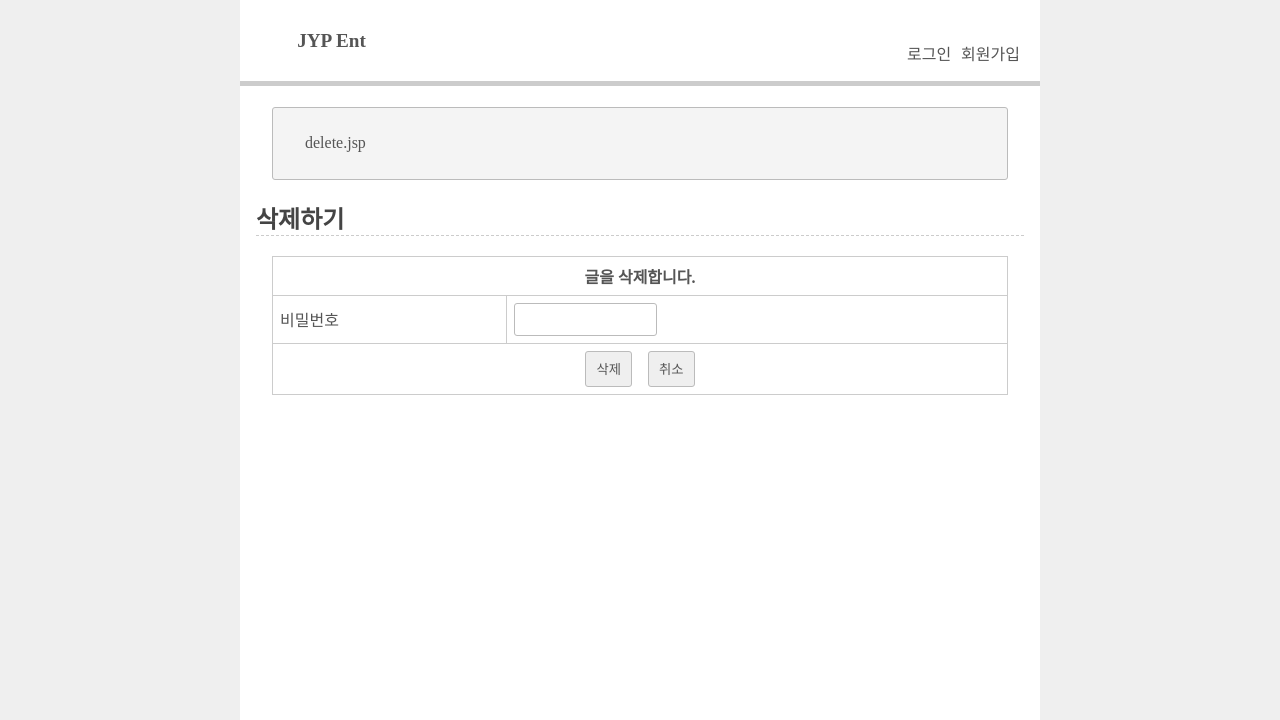
Repository: junyong231/JSP-SSIT
Page: http://localhost/jspPro/days04/board/delete.jsp
These files come from the project's save history. The page is drawn as it stood at one moment and after the next save; the edit follows.
The browser window is 1280 px wide. The pictures show the whole page.
Some web fonts or font styles are not loaded; a fallback is used. The page is served by Tomcat 9. Other server files are loaded and not shown.

Above is the page before, as saved 2024-10-21 04:58:16.

### jspPro/src/main/webapp/days04/board/delete.jsp
<%@ page contentType="text/html; charset=UTF-8" pageEncoding="UTF-8"%>
<%@ taglib prefix="c" uri="http://java.sun.com/jsp/jstl/core" %>
<%
   String contextPath = request.getContextPath();
%>
<!DOCTYPE html>
<html>
<head>
<meta charset="UTF-8">
<title>Insert title here</title>
<link rel="shortcut icon" type="image/x-icon" href="http://localhost/jspPro/images/SiSt.ico">
<script src="https://ajax.googleapis.com/ajax/libs/jquery/3.7.1/jquery.min.js"></script>
<meta name="viewport" content="width=device-width, initial-scale=1.0">
<meta name="google" content="notranslate">
<link rel="stylesheet" href="http://localhost/jspPro/resources/cdn-main/example.css">
<script src="http://localhost/jspPro/resources/cdn-main/example.js"></script>
<style>
 span.material-symbols-outlined{
    vertical-align: text-bottom;
 }
</style>
</head>
<body>
<header>
  <h1 class="main"><a href="#" style="position: absolute;top:30px;">JYP Ent</a></h1>
  <ul>
    <li><a href="#">로그인</a></li>
    <li><a href="#">회원가입</a></li>
  </ul>
</header>
<div>
  <xmp class="code">
    delete.jsp
  </xmp>

  <h2>삭제하기</h2>
  <form method="post">
    <table>
      <tr>
        <td colspan="2" align="center">
          <b>글을 삭제합니다.</b>
        </td>
      </tr>
      <tr>
        <td>비밀번호</td>
        <td>
         <input type="password" name="pwd" size="15" autofocus="autofocus">
        </td>
      </tr>
      <tr>
        <td colspan="2" align="center">
          <input type="submit" value="삭제">
          &nbsp;&nbsp;
          <input type="button" value="취소" id="cancel" onclick="location.href='<%=contextPath %>/cstvsboard/list.htm'">
        </td>
      </tr>
    </table>

    <!-- delete.htm?seq=4&delete=fail -->
  </form>

</div>
</body>
</html>

### jspPro/src/main/webapp/resources/cdn-main/example.css
@charset "UTF-8";

@import url('https://fonts.googleapis.com/css2?family=Material+Symbols+Outlined:opsz,wght,FILL,GRAD@20..48,100..700,0..1,-50..200');

@font-face {
    font-family: 'GmarketSansMedium';
    src: url('https://cdn.jsdelivr.net/gh/projectnoonnu/noonfonts_2001@1.1/GmarketSansMedium.woff') format('woff');
    font-weight: normal;
    font-style: normal;
}

:root {
	--text-color: #555;
	--sub-text-color: #777;
	--back-color: #EFEFEF;
	--header-color: #444;
	--primary-color: #DEDEDE;
	--secondary-color: #EFEFEF;
	--default-width: 800px;
	--narrow-width: 500px;
	--wide-width: 1200px;
	--text-font: 'GmarketSansMedium';
	--icon-font: 'Material Symbols Outlined';
	--border-color: #CCC;
}

html, body {
	margin: 0;
	padding: 0;
}

html {
	background-color: var(--back-color);
	display: flex;
	justify-content: center;
	min-height: 100vh;
}

body, body.default {
	width: var(--default-width);
	background-color: white;
	padding-bottom: 120px;
}

body.wide {
	width: var(--wide-width);
}

body.narrow {
	width: var(--narrow-width);
}



body, p, div, span, a, input, select, option, textarea, button, table, th, td, label, fieldset, legend {
	font-family: var(--text-font);
	color: var(--text-color);
}

h1, h2, h3 {
	font-family: var(--text-font);
	color: var(--header-color);
	padding: 0 1rem;
	padding-top: .5rem;
}

div > h1, div > h2, div > h3 {
	padding: 0;
}

body > div, body > main > div {
	padding: 0.3rem 1rem;
}


h1 { font-size: 2rem; border-bottom: 1px solid var(--border-color); }
h1 small { font-size: 1.2rem; color: var(--sub-text-color); }
h2 { font-size: 1.5rem; border-bottom: 1px dashed var(--border-color); }
h2 small { font-size: 1.1rem; color: --sub-text-color; }
h3 { font-size: 1.2rem; }
h3 small { font-size: 1rem; color: --sub-text-color; }



h1.main::before {
	font-family: var(--icon-font);
  	content: '\e666';
  	margin-right: 10px;
  	float: left;
	font-size: 2.5rem;
}

h1.sub::before {
	font-family: var(--icon-font);
  	content: '\ea19';
  	margin-right: 10px;
  	float: left;
	font-size: 2.5rem;
}


h1.page::before {
	font-family: var(--icon-font);
  	content: '\e0e0';
  	margin-right: 10px;
  	float: left;
	font-size: 2.5rem;
}

body > header > ul > li > .active{
	background-color: #FFF;
	color:#F00;
}

body > header {
	display: flex;
	justify-content: space-between;
	border-bottom: 5px solid var(--border-color);
	min-height: 74px;
	background-color: #FFF;
}

body > header.sticky {
	position: sticky;
	top: 0;
	z-index: 98;
}

body > header > h1 {
	font-size: 1.2rem;
	border: 0;
}

body > header.in > h1::before {
	font-family: var(--icon-font);
  	content: '\e332‥';
  	margin-right: 3px;
  	float: left;
	font-size: 2rem;
}


body > header > ul {
	list-style-type: none;
	display: flex;
	align-items: flex-end;
	margin-right: 10px;
}

body > header > ul > li {
	margin-right: 10px;
	cursor: pointer;
}

body > header > ul > li > a {
	cursor: pointer;
}


form {
	display: block;
}

form > div {
	padding: 0.3rem 1rem;
}

div > form > div {
	padding: 0.3rem 0;
}

input, textarea, button, select {
	border: 1px solid #BBB;
	border-radius: 3px;
	outline: none;
	resize: none;
	padding: 7px;
	margin: 0;
}

input[type=text]:read-only, textarea:read-only {
	cursor: not-allowed;
	background-color: #FFF;
}

input[type=text]:disabled, textarea:disabled {
	cursor: not-allowed;
	background-color: #EEE;
}

input[type=text], input[type=password], textarea, button, select {
	/* width: 300px; */
}

textarea {
	display: block;
	height: 100px;
}

input[type=button], input[type=submit], button {
	/* width: inherit; */
}

input.short, textarea.short, button.short, select.short {
	width: 100px;
}

input.long, textarea.long, button.long, select.long {
	width: 350px;
}

.narrow input.long, .narrow textarea.long, .narrow button.long, .narrow select.long {
	width: calc(100% - 20px);
}

input.full, textarea.full, button.full, select.full {
	width: calc(100% - 20px);
}

textarea.short {
	height: 50px;
}

textarea.long {
	height: 100px;
}

textarea.full {
	height: 200px;
}

input, textarea {
	padding-top: 8px;
}

input[type=button], input[type=submit], button {
	padding: 5px 10px;
	background-color: var(--secondary-color);
	cursor: pointer;
	min-height: 36px;
}

input[type=button].primary, input[type=submit].primary, button.primary {
	/* background-color: rgba(100, 149, 237, .2); */
	background-color: var(--primary-color);
}

input[type=button].primary:hover, input[type=submit].primary:hover, button.primary:hover {
	/* background-color: rgba(100, 149, 237, .3); */
	background-color: var(--secondary-color);
}

input[type=button]:hover, input[type=submit]:hover, button:hover {
	background-color: var(--primary-color);
}

button {
	position: relative;
	left: 0;
	top: 0;
	padding-left: 35px;
}

button .material-symbols-outlined {
	position: absolute;
	left: 10px;
	top: 4px;
}

/* k2nik add */
button.login::before {
	font-family: var(--icon-font);
  	content: '\ea77';
	position: absolute;
	left: 11px;
	top: 4px;
	font-size: 1.25rem;
}

/* k2nik logout */
button.logout::before {
	font-family: var(--icon-font);
  	content: '\e9ba';
	position: absolute;
	left: 11px;
	top: 4px;
	font-size: 1.25rem;
}

/* k2nik help */
button.help::before {
	font-family: var(--icon-font);
  	content: '\f1c0';
	position: absolute;
	left: 11px;
	top: 4px;
	font-size: 1.25rem;
}

button.add::before{
	font-family: var(--icon-font);
  	content: '\e746';
	position: absolute;
	left: 11px;
	top: 4px;
	font-size: 1.25rem;
}

button.back::before {
	font-family: var(--icon-font);
  	content: '\e166';
	position: absolute;
	left: 11px;
	top: 4px;
	font-size: 1.25rem;
}

button.list::before {
	font-family: var(--icon-font);
  	content: '\e0ee';
	position: absolute;
	left: 11px;
	top: 4px;
	font-size: 1.25rem;
}


button.del::before {
	font-family: var(--icon-font);
  	content: '\e872';
	position: absolute;
	left: 11px;
	top: 4px;
	font-size: 1.25rem;
}


button.edit::before {
	font-family: var(--icon-font);
  	content: '\e745';
	position: absolute;
	left: 11px;
	top: 4px;
	font-size: 1.25rem;
}


button.login::before {
	font-family: var(--icon-font);
  	content: '\ea77';
	position: absolute;
	left: 11px;
	top: 4px;
	font-size: 1.25rem;
}


button.logout::before {
	font-family: var(--icon-font);
  	content: '\e9ba';
	position: absolute;
	left: 11px;
	top: 4px;
	font-size: 1.25rem;
}


button.in::before {
	font-family: var(--icon-font);
  	content: '\f71a';
	position: absolute;
	left: 11px;
	top: 4px;
	font-size: 1.25rem;
}


button.out::before {
	font-family: var(--icon-font);
  	content: '\f70e';
	position: absolute;
	left: 11px;
	top: 4px;
	font-size: 1.25rem;
}


button.reply::before {
	font-family: var(--icon-font);
  	content: '\e15e';
	position: absolute;
	left: 11px;
	top: 4px;
	font-size: 1.25rem;
}


button.comment::before {
	font-family: var(--icon-font);
  	content: '\e0b9';
	position: absolute;
	left: 11px;
	top: 4px;
	font-size: 1.25rem;
}


button.modal::before {
	font-family: var(--icon-font);
  	content: '\e89e';
	position: absolute;
	left: 11px;
	top: 4px;
	font-size: 1.25rem;
}


button.ok::before {
	font-family: var(--icon-font);
  	content: '\e86c';
	position: absolute;
	left: 11px;
	top: 4px;
	font-size: 1.25rem;
}


button.cancel::before {
	font-family: var(--icon-font);
  	content: '\e5c9';
	position: absolute;
	left: 11px;
	top: 4px;
	font-size: 1.25rem;
}

button.search::before {
	font-family: var(--icon-font);
  	content: '\e8b6';
	position: absolute;
	left: 11px;
	top: 4px;
	font-size: 1.25rem;
}

button.home::before {
	font-family: var(--icon-font);
  	content: '\e88a';
	position: absolute;
	left: 11px;
	top: 4px;
	font-size: 1.25rem;
}


button.sidebar::before {
	font-family: var(--icon-font);
  	content: '\f7e4';
	position: absolute;
	left: 11px;
	top: 4px;
	font-size: 1.25rem;
}


button.sidebar-right::before {
	font-family: var(--icon-font);
  	content: '\f7e5';
	position: absolute;
	left: 11px;
	top: 4px;
	font-size: 1.25rem;
}




button::before {
	font-family: var(--icon-font);
  	content: '\e323';
	position: absolute;
	left: 11px;
	top: 4px;
	font-size: 1.25rem;
}


table {
	border-collapse: collapse;
	margin: 1rem;
	box-sizing: border-box;
	width: calc(100% - 32px);
}

table.content {
	width: auto;
}

div > table {
	margin: 0;
}

table th, table td {
	border: 1px solid var(--border-color);
	padding: 7px;
	font-weight: normal;
}

table th {
	background-color: var(--back-color);
}

table.vertical th {
	width: 150px;
}

table.vertical td {
	width: calc(100% - 182px);
	padding-left: 10px;
}

table.content td, table.content th {
	width: auto;
}

body.narrow table.vertical th {
	width: 100px;
}

body.narrow table.vertical td {
	width: calc(100% - 182px);
}


table + table {
	margin-top: 30px;
}


p {
	padding: 0 1rem;
}

a {
	text-decoration: none;
}

a:hover {
	color: rgba(255, 99, 71, .7);
}

hr {
	border: 0;
	border-top: 1px solid var(--border-color);
	margin: 2rem 0;
}

.message {
	border: 1px solid var(--border-color);
	background-color: #EFEFEF;
	margin: 1rem;
	width: auto;
	padding-top: 10px;
	padding-bottom: 10px;
	font-size: 14px;
}

.message[title]::before {
	content: attr(title);
	display: block;
	border-bottom: 1px solid var(--border-color);
	padding-bottom: 5px;
	margin-bottom: 10px;
	margin-top: 7px;
}

.message.short {
	max-width: 250px;
}

.message.long {
	max-width: 500px;
}

.badge {
	float: right;
	font-size: .8rem;
	margin-top: 2px;
	margin-right: 2px;
	text-shadow: 0 0 7px gray;
}

.badge.left {
	float: none;
	margin-left: 2px;
}

.badge.right {
	float: right;
}

.badge.red {
	border-radius: 50%;
	padding: 2px 5px;
	background-color: rgb(255, 99, 71, .3);
}

.badge.yellow {

	border-radius: 50%;
	padding: 2px 5px;
	background-color: rgb(255, 215, 0, .5);
}

.badge.blue {
	border-radius: 50%;
	padding: 2px 5px;
	background-color: rgb(100, 149, 237, .3);
}

label + label {
	margin-left: 7px;
}

label input[type=checkbox], label input[type=radio] {
	transform: translate(0, 1px);
}

.group {
	display: flex;
}

.modal-content .group {
	margin-bottom: .5rem;
}

.group label {
	border: 1px solid #BBB;
	border-radius: 3px;
	outline: none;
	resize: none;
	padding: 7px 14px;
	margin: 0;
	border-top-right-radius: 0;
	border-bottom-right-radius: 0;
	background-color: #EFEFEF;
	white-space: nowrap;
	font-size: 14px;
}

.group input[type=text] {
	margin-left: -1px;
	border-top-left-radius: 0;
	border-bottom-left-radius: 0;
}

.group select {
	margin-left: -1px;
	border-top-left-radius: 0;
	border-bottom-left-radius: 0;
}

.group input.full[type=text] {
	margin-left: -1px;
	border-top-left-radius: 0;
	border-bottom-left-radius: 0;
	width: 100%;
}

.group input[type=button]:first-child, .group button:first-child {
	border-top-left-radius: 3px;
	border-bottom-left-radius: 3px;
	margin-left: 0px;
}

.group input[type=button], .group button {
	border-radius: 0;
	margin-left: -1px;
}

.group input[type=button]:last-child, .group button:last-child {
	margin-left: -1px;
	border-top-right-radius: 3px;
	border-bottom-right-radius: 3px;
}

.seperate {
	display: flex;
	justify-content: space-between;
}

div.list {
	width: max-content;
	margin: 1rem;
	border: 1px solid #BBB;
	border-radius: 3px;
	padding: 0;
}

div.list.full {
	width: auto;
	display: block;
	margin: 1rem;
	border: 1px solid #BBB;
	border-radius: 3px;
	padding: 0;
}

div.list > div {
	padding: .5rem 1rem;
	margin: 0;
	border-bottom: 1px solid #BBB;
}

div.list > div:last-child {
	border-bottom: 0;
}

pre.code , xmp.code{
	font-family: consols;
	background-color: rgba(150, 150, 150, .1);
	border: 1px solid #BBB;
	border-radius: 3px;
	padding: .5rem 1rem;
	padding-bottom: .6rem;
	margin: 1rem;
}




*[data-modal-window] {
	position: fixed;
	background-color: rgba(0, 0, 0, .3);
	left: 0;
	top: 0;
	display: none;
	justify-content: center;
	align-items: flex-start;
	width: 100%;
	min-height: 100vh;
	z-index: 100;
	opacity: 0;
	transition: 500ms all;
}

*[data-modal-window] .modal-container {
	border-radius: 5px;
	padding: 1rem;
	padding-bottom: .5rem;
	margin-top: -500px;
	opacity: 0;
	width: 500px;
	background-color: #FFF;
	margin-right: 2rem;
	transition: 500ms all;
}

*[data-modal-size=content] .modal-container {
	width: auto;
}

*[data-modal-size=narrow] .modal-container {
	width: 300px;
}

*[data-modal-size=wide] .modal-container {
	width: 760px;
}


*[data-modal-window] .modal-header {
	border-bottom: 1px solid var(--border-color);
	padding: 2px 5px;
}

*[data-modal-window] .modal-content {
	padding: 1rem 5px;
}

*[data-modal-window] .modal-content div:last-child {
	margin-top: 1rem;
	text-align: right;
}



*[data-sidebar-window] {
	position: fixed;
	background-color: #FFF;
	left: 0;
	top: 0;
	display: block;
	width: 300px;
	border-right: 1px solid var(--border-color);
	box-sizing: border-box;
	box-shadow: 0 0 3px var(--back-color);
	min-height: 100vh;
	z-index: 99;
	transform: translate(-300px, 0);
	transition-duration: 500ms;
	transition-property: transform;
}

*[data-sidebar-direction=right] {
	left: auto;
	right: 0;
	transform: translate(300px, 0);
	border-left: 1px solid var(--border-color);
}

*[data-sidebar-size=wide] {
	width: 500px;
	transform: translate(-500px, 0);
}

*[data-sidebar-window] .sidebar-title {
	border-bottom: 1px solid var(--border-color);
	margin-top: 20px;
	margin-bottom: 20px;
	padding-bottom: 5px;
	display: flex;
	justify-content: space-between;
}

*[data-sidebar-window] .sidebar-title span:last-child {
	cursor: pointer;
}


/* K2Nik pagination */
.center {
  text-align: center;
}

.pagination {
  display: inline-block;
}

.pagination a {
  color: black;
  float: left;
  padding: 3px 6px;
  text-decoration: none;
  transition: background-color .3s;
  border: 1px solid #ddd;
  margin: 0 3px;
}

.pagination a.active {
  background-color: #4CAF50;
  color: white;
  border: 1px solid #4CAF50;
}

.pagination a:hover:not(.active) {background-color: #ddd;}

### jspPro/src/main/webapp/resources/cdn-main/example.js

window.onload = () => {

    const list = document.querySelectorAll('input, textarea');

    list.forEach(item => {
        item.setAttribute('autocomplete', 'off');
    });


    const modal_btn_list = document.querySelectorAll('*[data-modal-button]');

    modal_btn_list.forEach(item => {
        item.onclick = function() {

            const name = this.dataset['modalButton'];
            const modal_window = document.querySelector('*[data-modal-window=' + name);

            const container = document.createElement('div');
            container.className = 'modal-container';



            const modal_header = document.createElement('div');
            modal_header.textContent = modal_window.dataset['modalTitle'];
            modal_header.className = 'modal-header';
            container.appendChild(modal_header);

            const modal_content = document.createElement('div');
            modal_content.className = 'modal-content';
            container.appendChild(modal_content);

            Array.from(modal_window.childNodes).forEach(item => {
                modal_content.appendChild(item);
            });

            modal_window.appendChild(container);

            modal_window.style.display = 'flex';

            setTimeout(() => {
                modal_window.style.opacity = 1;
                container.style.marginTop = '20px';
                container.style.opacity = 1;
            }, 50);


            const modal_ok = document.querySelector('*[data-modal-ok=' + name);
            modal_ok.addEventListener('click', function() {
                modal_window.style.opacity = 0;
                container.style.marginTop = '-500px';
                container.style.opacity = 0;

                setTimeout(() => {
                    modal_window.innerHTML = modal_content.innerHTML;
                    modal_window.style.display = 'none';
                }, 500);

            });

            const modal_cancel = document.querySelector('*[data-modal-cancel=' + name);
            modal_cancel.addEventListener('click', function() {

                modal_window.style.opacity = 0;
                container.style.marginTop = '-500px';
                container.style.opacity = 0;

                setTimeout(() => {
                    modal_window.innerHTML = modal_content.innerHTML;
                    modal_window.style.display = 'none';
                }, 500);
            });


        };
    });


    const sidebar_btn_list = document.querySelectorAll('*[data-sidebar-button]');

    sidebar_btn_list.forEach(item => {
        item.onclick = function() {



            const name = this.dataset['sidebarButton'];
            const sidebar_window = document.querySelector('*[data-sidebar-window=' + name);

            if (sidebar_window.style.transform == 'translate(0px, 0px)') return;



            sidebar_window.style.transform = 'translate(0, 0)';

            const sidebar_title = document.createElement('div');
            sidebar_title.className = 'sidebar-title';
            sidebar_title.innerHTML = '<span>' + sidebar_window.dataset['sidebarTitle'] + '</span><span class="material-symbols-outlined">close</span>';

            sidebar_title.children[1].onclick = function() {

                let sign = 1;
                let distance = 300;

                if (sidebar_window.dataset['sidebarDirection'] != 'right') {
                    sign = -1;
                } else {
                    sign = 1;
                }

                if (sidebar_window.dataset['sidebarSize'] != 'wide') {
                    distance = 300;
                } else {
                    distance = 500;
                }

                distance *= sign;

                sidebar_window.style.transform = 'translate(' + distance + 'px, 0)';

                setTimeout(function() {
                    sidebar_window.removeChild(sidebar_window.children[0]);
                }, 500);
            };


            sidebar_window.prepend(sidebar_title);

        }
    });

};

// window.onkeydown = function(event) {

//     if (event.keyCode == 27) {
//         if (document.querySelector('[data-modal-window').style.display == 'flex') {
//             document.querySelector('[data-modal-window').style.display = 'none';
//         }
//     }

// };

After the next save:
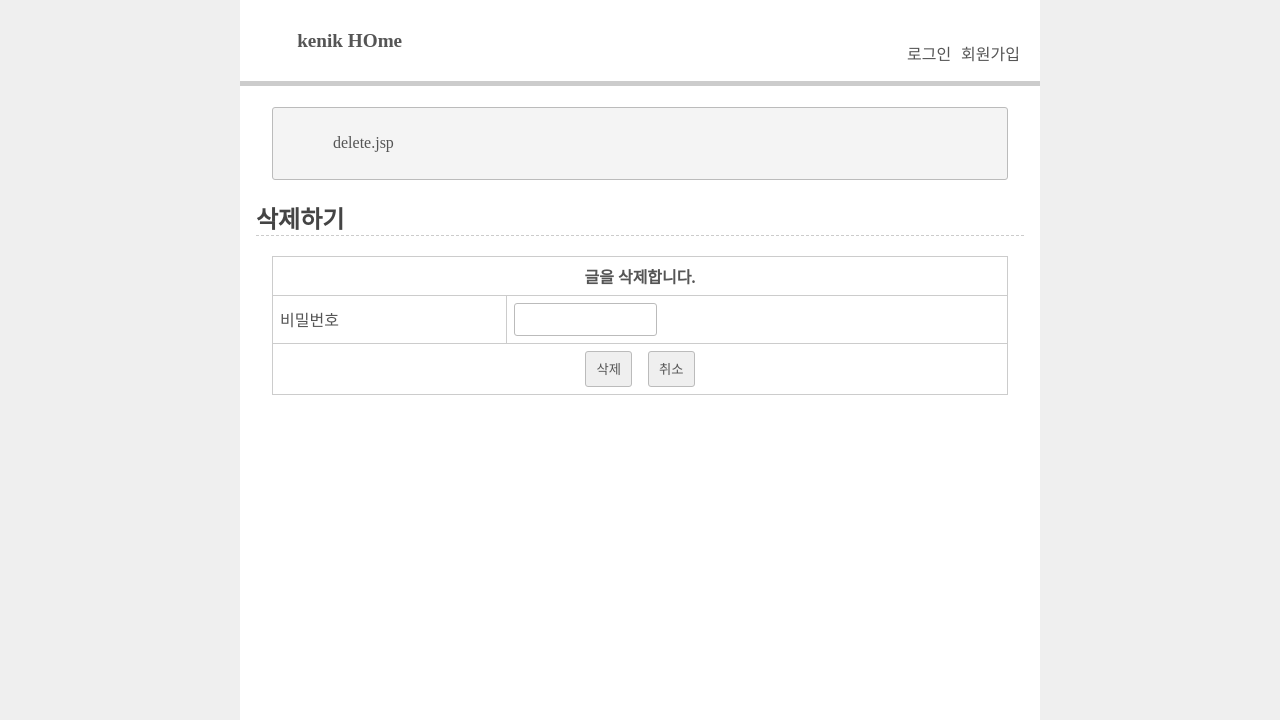
Saved 105 s later.
--- a/jspPro/src/main/webapp/days04/board/delete.jsp
+++ b/jspPro/src/main/webapp/days04/board/delete.jsp
@@ -11,7 +11,6 @@
 <link rel="shortcut icon" type="image/x-icon" href="http://localhost/jspPro/images/SiSt.ico">
 <script src="https://ajax.googleapis.com/ajax/libs/jquery/3.7.1/jquery.min.js"></script>
 <meta name="viewport" content="width=device-width, initial-scale=1.0">
-<meta name="google" content="notranslate">
 <link rel="stylesheet" href="http://localhost/jspPro/resources/cdn-main/example.css">
 <script src="http://localhost/jspPro/resources/cdn-main/example.js"></script>
 <style>
@@ -22,7 +21,7 @@
 </head>
 <body>
 <header>
-  <h1 class="main"><a href="#" style="position: absolute;top:30px;">JYP Ent</a></h1>
+  <h1 class="main"><a href="#" style="position: absolute;top:30px;">kenik HOme</a></h1>
   <ul>
     <li><a href="#">로그인</a></li>
     <li><a href="#">회원가입</a></li>
@@ -30,10 +29,11 @@
 </header>
 <div>
   <xmp class="code">
-    delete.jsp
+           delete.jsp
   </xmp>
 
   <h2>삭제하기</h2>
+
   <form method="post">
     <table>
       <tr>
@@ -51,14 +51,19 @@
         <td colspan="2" align="center">
           <input type="submit" value="삭제">
           &nbsp;&nbsp;
-          <input type="button" value="취소" id="cancel" onclick="location.href='<%=contextPath %>/cstvsboard/list.htm'">
+          <input type="button" value="취소" id="cancel"
+          onclick ="location.href='view.htm?seq=${param.seq}'">
         </td>
       </tr>
     </table>
-
-    <!-- delete.htm?seq=4&delete=fail -->
   </form>
 
+  <!-- delete.htm?seq=3&delete=fail -->
+  <script>
+  if( '<%= request.getParameter("delete") %>'== "fail" ){
+	   alert("비밀번호가 틀립니다.!!!")
+  }
+  </script>
 </div>
 </body>
 </html>
